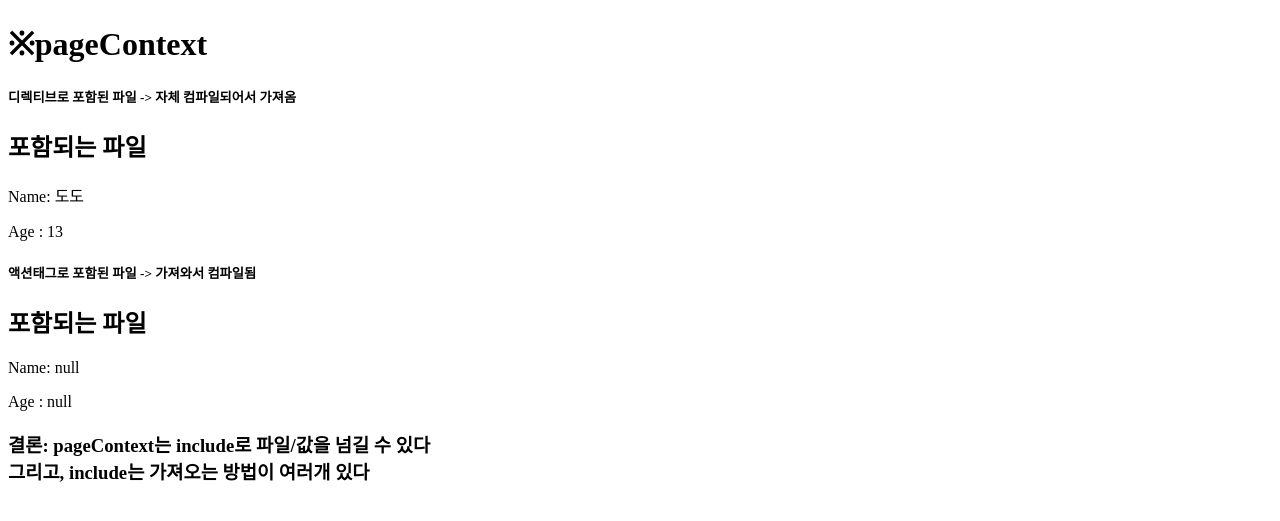
Repository: cordingdodo/javaworks2
Page: http://localhost/practice01/test09.jsp
An editor plug-in stored every save of this project. The page is shown before and after a run of saves, followed by the edit.
The browser window is 1280 px wide. The pictures show the whole page.
The page is served by Tomcat 9.

Above is the page before, as saved 2022-10-21 03:46:29.

After the next 3 saves:
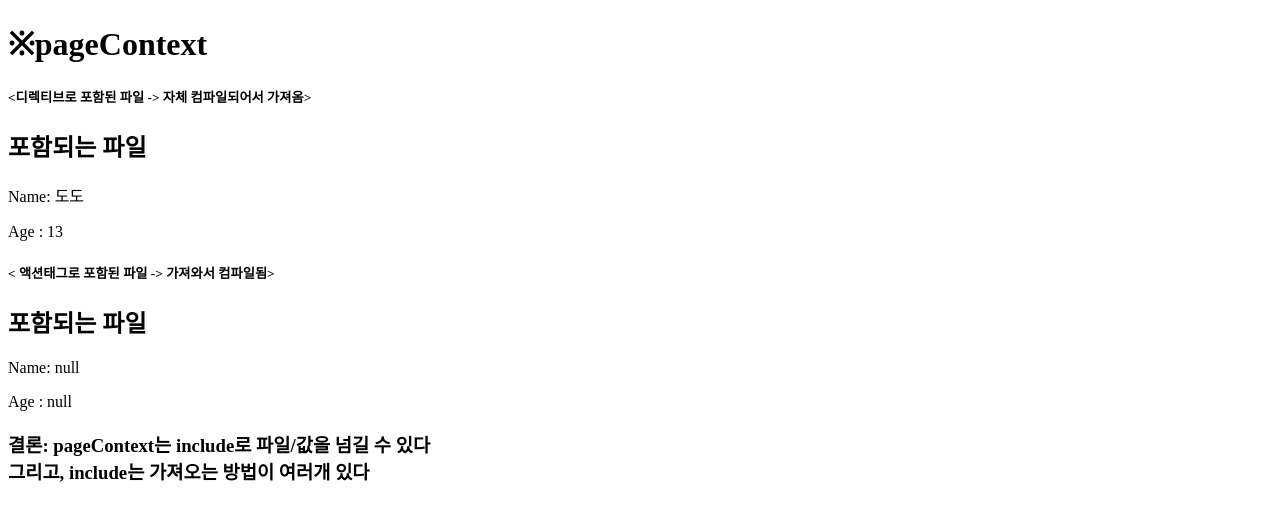
The 3 saves are shown as one change because they came seconds apart.
The last was saved 29 s later.
--- a/practice01/WebContent/test09.jsp
+++ b/practice01/WebContent/test09.jsp
@@ -11,9 +11,9 @@
 </head>
 <body>
 	<h1>※pageContext</h1>
-	<h5>디렉티브로 포함된 파일 -> 자체 컴파일되어서 가져옴</h5>
+	<h5><디렉티브로 포함된 파일 -> 자체 컴파일되어서 가져옴></h5>
 	<%@ include file="includeFile.jsp" %>
-	<h5>액션태그로 포함된 파일 -> 가져와서 컴파일됨</h5>
+	<h5>< 액션태그로 포함된 파일 -> 가져와서 컴파일됨></h5>
 	<jsp:include page="includeFile.jsp"></jsp:include>
 	<h3>결론: pageContext는 include로 파일/값을 넘길 수 있다<br>
 	그리고, include는 가져오는 방법이 여러개 있다</h3>
